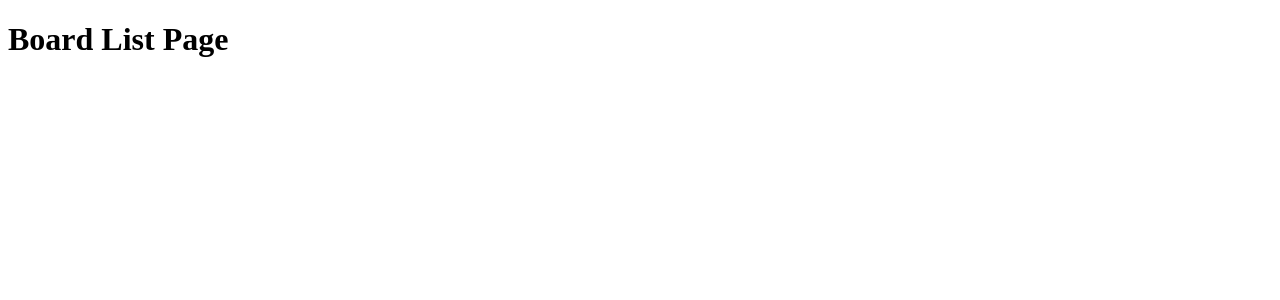
Repository: hwimi/2024-04-12-01
Page: http://localhost/jsp_study/member/list.jsp
These files come from the project's save history. The page is drawn as it stood at one moment and after the next save; the edit follows.
The browser window is 1280 px wide. The pictures show the whole page.
The page is served by Tomcat 9.

Above is the page before, as saved 2024-04-15 06:40:25.

After the next save:
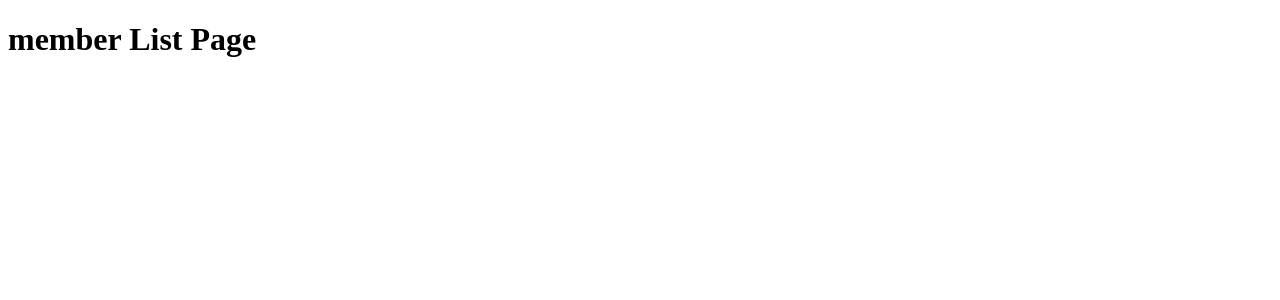
Saved 4 s later.
--- a/jsp_study/src/main/webapp/member/list.jsp
+++ b/jsp_study/src/main/webapp/member/list.jsp
@@ -7,6 +7,6 @@
 <title>Insert title here</title>
 </head>
 <body>
-	<h1>Board List Page</h1>
+	<h1>member List Page</h1>
 </body>
 </html>
